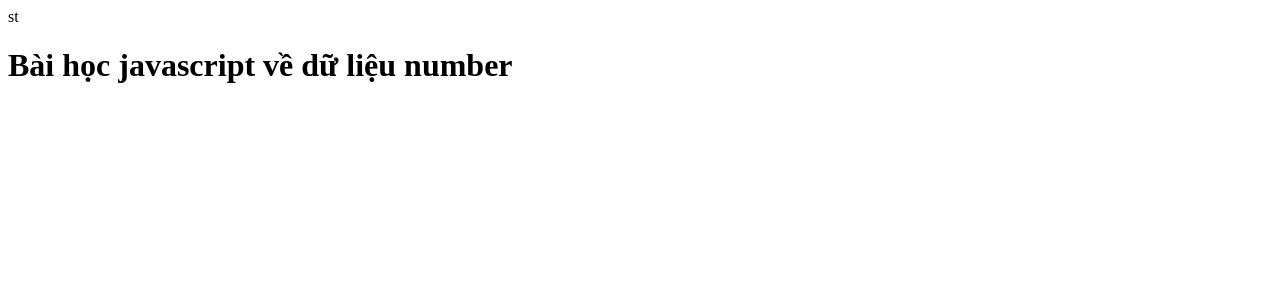
Repository: NgocVinh31/testjs
Page: number/index.html
An editor plug-in stored every save of this project. The page is shown before and after the next save, followed by the edit.
The browser window is 1280 px wide. The pictures show the whole page.

Above is the page before, as saved 2021-07-08 00:11:42.

### number/index.html
<!DOCTYPE html>
<html lang="en">
<head>
    <meta charset="UTF-8">
    <meta http-equiv="X-UA-Compatible" content="IE=edge">
    <meta name="viewport" content="width=device-width, initial-scale=1.0">
    <title>Document</title>
</head>
<body>
    st
    <h1>Bài học javascript về dữ liệu number</h1>
    <script src="./number.js"></script>
</body>
</html>

Loaded but not shown: number/number.js (no stored copy; drawn as an empty file)

After the next save:
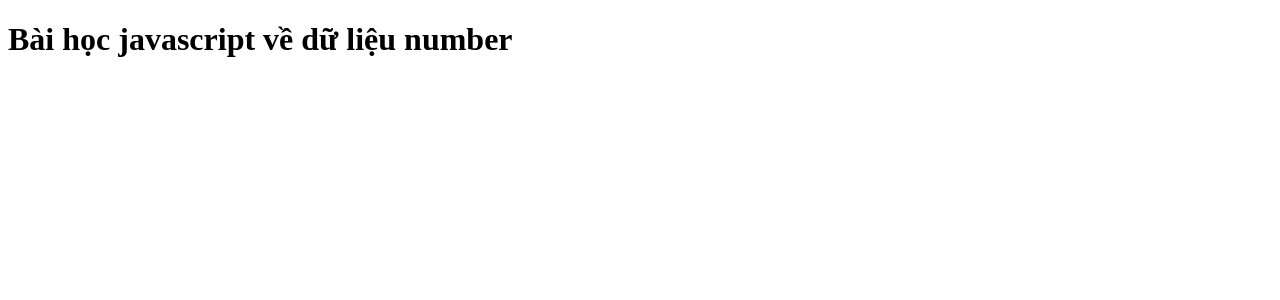
Saved 9 s later.
--- a/number/index.html
+++ b/number/index.html
@@ -7,7 +7,12 @@
     <title>Document</title>
 </head>
 <body>
-    st
+    <style>
+        h1{
+            width: 100%
+            ;
+        }
+    </style>
     <h1>Bài học javascript về dữ liệu number</h1>
     <script src="./number.js"></script>
 </body>
